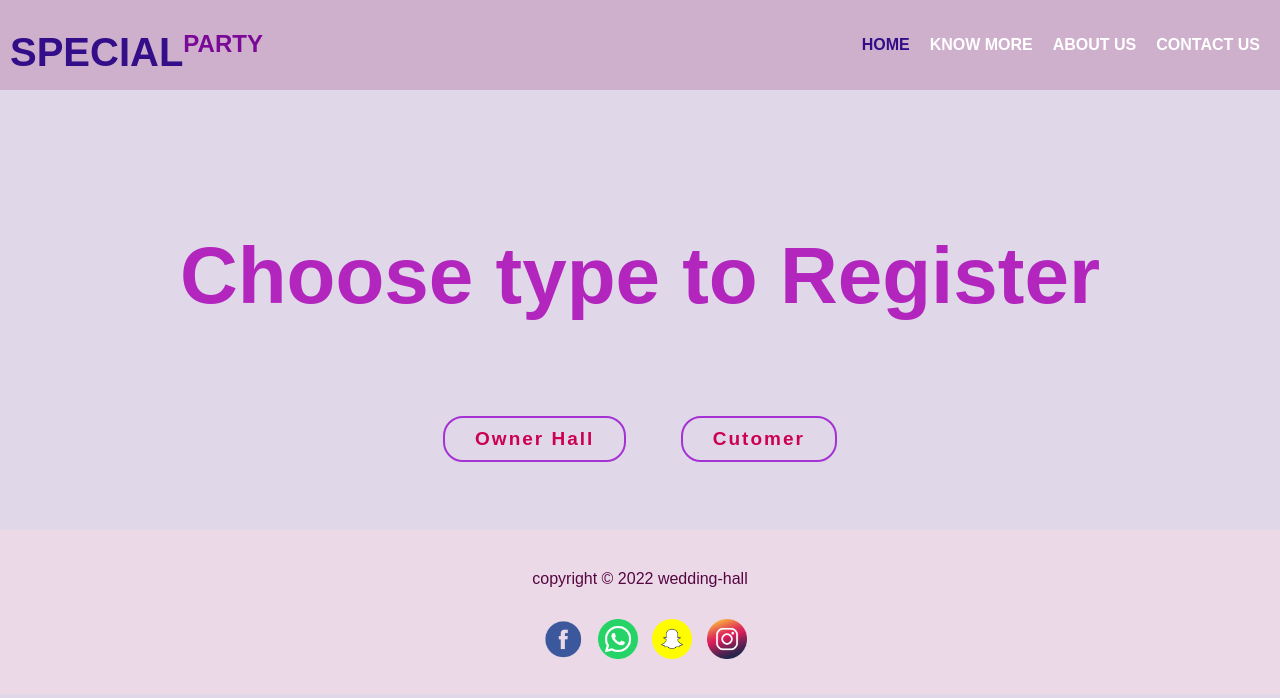
Repository: special4Party/Graduation-project-wedding-hall
Page: http://localhost/include/temp/choosing_type_signup.html
These files come from the project's save history. The page is drawn as it stood at one moment and after the next save; the edit follows.
The browser window is 1280 px wide. The pictures show the whole page.
The page is run by PHP 8.4 with error messages shown; the project is at /var/www/html/.

Above is the page before, as saved 2022-04-14 14:35:10.

After the next save:
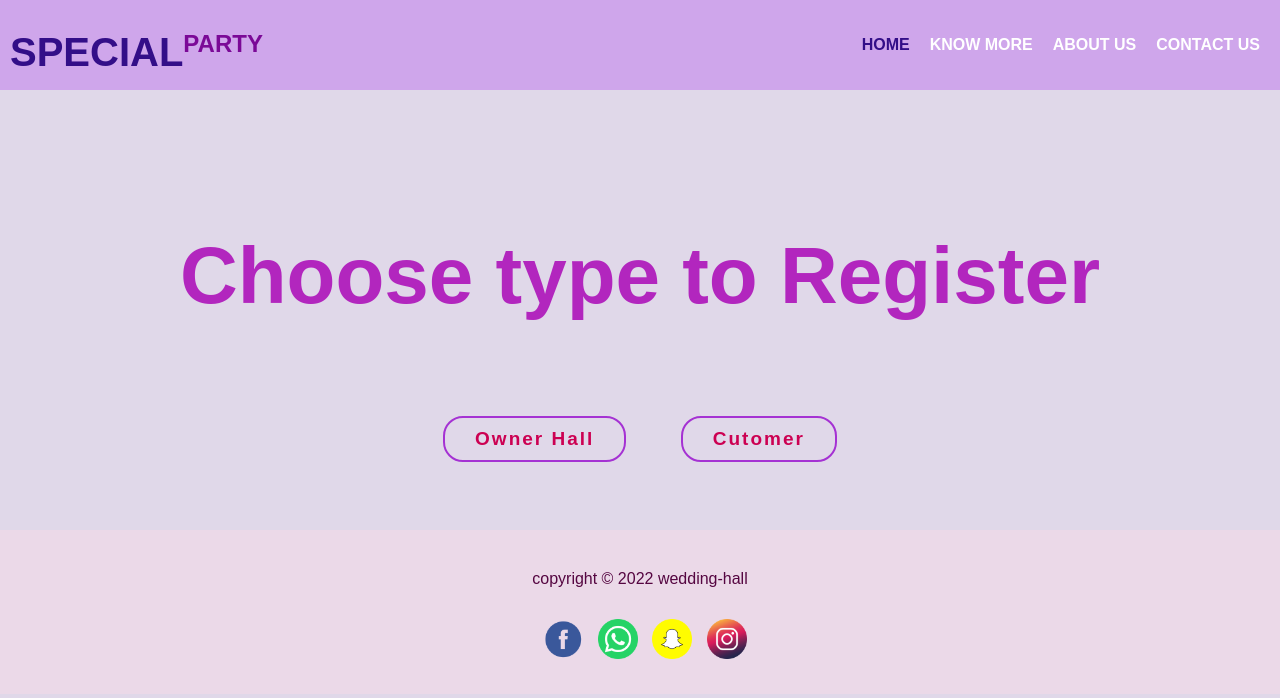
Saved 8 s later.
--- a/layout/css/type_signup.css
+++ b/layout/css/type_signup.css
@@ -6,7 +6,7 @@ body{
 /* ----------------------------------------- */
 /* Start header */
     .header .navbar{
-    background-color: rgb(206, 176, 204);
+    background-color: rgb(207, 166, 235);
     color: rgb(123, 9, 151);
     height: 70px;
     padding: 10px;
